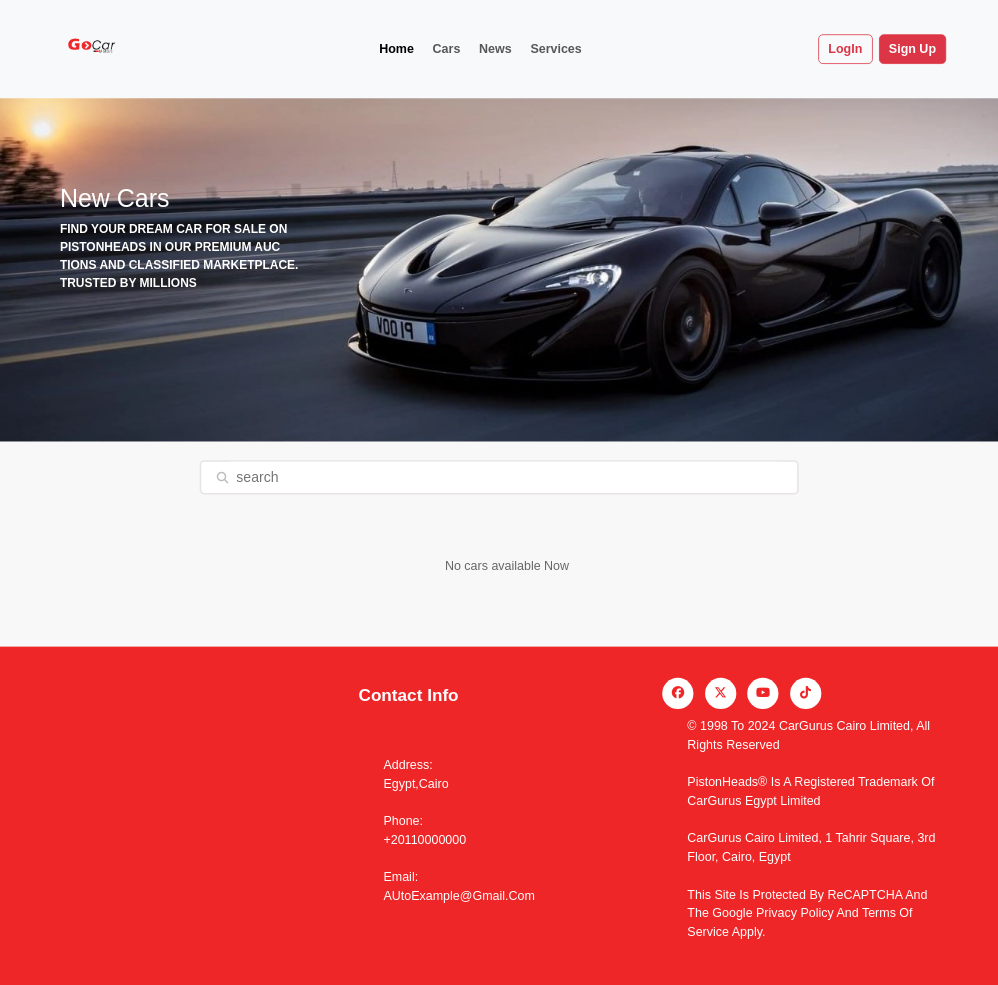
Repository: Salah-Wael/cars
Page: http://localhost/cars
An editor plug-in stored every save of this project. The page is shown before and after the next save, followed by the edit.
The browser window is 1280 px wide. The pictures show the whole page, at 78% of full size.
Some web fonts or font styles are not loaded; a fallback is used. Some web libraries are served in a nearby version. The page is served by the project's Laravel application, run on PHP 8.4 with Laravel 10. Other server files are loaded and not shown. Queries for data that is not in the repository find no rows.

Above is the page before, as saved 2024-10-14 03:11:43.

### routes/web.php
<?php

use Illuminate\Support\Facades\Route;
use App\Http\Controllers\CarController;
use App\Http\Controllers\TagController;
use App\Http\Controllers\NewsController;
use App\Http\Controllers\ProfileController;
use App\Http\Controllers\CarImagesController;

/*
|--------------------------------------------------------------------------
| Web Routes
|--------------------------------------------------------------------------
|
| Here is where you can register web routes for your application. These
| routes are loaded by the RouteServiceProvider and all of them will
| be assigned to the "web" middleware group. Make something great!
|
*/

Route::get('/', function () {
    return view('dashboard');
})->name('dashboard');

Route::middleware('auth')->group(function () {
    Route::get('/profile', [ProfileController::class, 'edit'])->name('profile.edit');
    Route::patch('/profile', [ProfileController::class, 'update'])->name('profile.update');
    Route::delete('/profile', [ProfileController::class, 'destroy'])->name('profile.destroy');
});

require __DIR__.'/auth.php';

Route::view('/error-404','error.404')->name('error.404');
Route::view('/error-401','error.401')->name('error.401');

Route::view('/services', 'services')->name('services');

Route::prefix('news')->controller(NewsController::class)->group(function () {
    Route::get('/create', 'create')->name('news.create')->middleware('checkrole:admin');
    Route::post('/store', 'store')->name('news.store')->middleware('checkrole:admin');
    Route::get('/{newsId}', 'show')->name('news.show');
    Route::get('/{search?}', 'index')->name('news.index')->middleware('checkrole:admin,user');
    Route::get('/{newsId}/edit', 'edit')->name('news.edit')->middleware('checkrole:admin');
    Route::put('/{newsId}', 'update')->name('news.update')->middleware('checkrole:admin');
    Route::delete('/news/{newsId}/delete', 'delete')->name('news.delete')->middleware('checkrole:admin');
});

Route::controller(CarController::class)->group(function () {
    Route::get('/car/create', 'create')->name('car.create')->middleware('checkrole:admin,user');
    Route::get('/cars', 'index')->name('car.index');
    Route::get('/cars/requests', 'carsRequests')->name('car.table')->middleware('checkrole:admin');

    Route::post('/car/store', 'store')->name('car.store')->middleware('checkrole:admin,user');
    Route::get('/car/{id}', 'show')->name('car.show');
    Route::get('/car/{id}/edit', 'edit')->name('car.edit')->middleware('checkrole:admin,user');
    Route::put('/car/{id}', 'update')->name('car.update')->middleware('checkrole:admin,user');

    Route::get('/car/{id}/archive', 'softDelete')->name('car.soft-delete')->middleware('checkrole:admin');
    Route::delete('/car/{id}/delete', 'forceDelete')->name('car.force-delete')->middleware('checkrole:admin,user');
    Route::get('/car/restore/{id}', 'restore')->name('car.restore')->middleware('checkrole:admin');
    Route::get('/cars/archived', 'getAllArchivedCars')->name('car.archived')->middleware('checkrole:admin');
});

Route::prefix('tags')->controller(TagController::class)->middleware('checkrole:admin')->group(function () {
    Route::get('/create', 'create')->name('tag.create');
    Route::post('/store', 'store')->name('tag.store');
    Route::get('/', 'index')->name('tag.index');
    Route::get('/{tag}/edit', 'edit')->name('tag.edit');
    Route::put('/{tagId}', 'update')->name('tag.update');
    Route::delete('/{tagId}/delete', 'delete')->name('tag.delete');
});

Route::controller(CarImagesController::class)->prefix('/car')->name('car.')->group(function () {
    Route::get('/{carId}/images', 'showCarImages')->name('show.images')->middleware('checkrole:admin,user');
    Route::post('/{carId}/store/images', 'storeImages')->name('store.images')->middleware('checkrole:admin,user');
    Route::delete('/image/{imageId}/delete', 'deleteImage')->name('delete.image')->middleware('checkrole:admin,user');
});

### app/Http/Controllers/CarController.php
<?php

namespace App\Http\Controllers;

use App\Models\Car;
use App\Models\CarColor;
use App\Models\CarManufacturer;
use Illuminate\Http\Request;
use Illuminate\Support\Facades\DB;
use Illuminate\Support\Facades\Auth;
use App\Http\Controllers\ImageController;

class CarController extends Controller
{
    public $carStatus = ['used', 'new', 'semi new'];

    public function create()
    {
        $carColors = CarColor::select('color_name as color')->get();
        $carTypes = CarManufacturer::select('manufacturer as type')->get();
        $carStatus = $this->carStatus;
        return view('car.create', compact('carColors', 'carTypes', 'carStatus'));
    }

    public function store(Request $request)
    {
        $request->validate(
            [
                'type' => 'required|string|max:255',
                'car_model' => 'required|string|max:255',
                'color' => 'required|string|max:255',
                'plate' => 'nullable|string|min:5|max:10|unique:cars,plate',
                'status' => 'required|string|in:used,new,semi new',
                'description' => 'nullable|string',
                'price' => 'required|numeric',
                'image.*' => 'required|image|mimes:jpeg,jpg,png,webp,svg|max:5048',
            ],
            #errors
            [
                'image.image' => "The file field must be an image.",
                'image.mimes' => "The file field must be an image with extension jpeg, jpg, png, webp, or svg.",
            ]
        );

        $imagesArray = ImageController::storeImages($request, 'image', 'assets/img/cars/');

        // Store the image and retrieve the path
        // $carImagePath = ImageController::storeImage($request, 'image', 'assets/img/cars/');

        // Create a new Car record using mass assignment
        $car = Car::create([
            'type' => $request->type,
            'description' => $request->description,
            'car_model' => $request->car_model,
            'color' => $request->color,
            'plate' => $request->plate,
            'status' => $request->status,
            'price' => $request->price,
            'user_id' => Auth::user()->id,
            'image' => $imagesArray[0],
        ]);

        if (Auth::user()->role == 'admin') {
            $car->update([
                'post_status' => 1,
            ]);
        }

        $car->images()->sync($imagesArray);


        return redirect()->route('car.index')->with(['message' => 'Car added successfully']);
    }

    public function show($carId)
    {

        $carImages = DB::table('car_images')->where('car_id', $carId)->get();

        $car = Car::findOr($carId, function () {
            return view('error.404')->with(['message' => 'Car ID not found']);
        });

        $priceRangePercentage = 0.20;
        $minPrice = $car->price * (1 - $priceRangePercentage);
        $maxPrice = $car->price * (1 + $priceRangePercentage);

        $related = Car::where('id', '!=', $carId)
            ->whereBetween('price', [$minPrice, $maxPrice])
            ->orderBy('price', 'desc')
            ->get();

        // $qrCode = QrCode::size(300)->generate('https://sala7.great-site.net/product/' . $carId);

        // return view('car.show', compact('car', 'related', 'carImages', 'qrCode'));
        return view('car.show', compact('car', 'related', 'carImages'));
    }

    public function index()
    {
        $cars = Car::where('post_status', '=', 1)
        // ->with('images')
        ->orderby('created_at', 'desc')
        ->get();

        return view('car.index', compact('cars'));
    }
    public function carsRequests()
    {
        $cars = Car::where('post_status', '=', 0)->with('images')->get();

        return view('car.cars-table', compact('cars'));
    }

    public function edit($id)
    {
        $car = Car::find($id);
        if ($car) {
            return view('car.edit', compact('car'));
        }

        // Return custom 404 view if cars is not found
        return view('error.404')->with(['message' => 'Car ID not found']);
    }

    public function update(Request $request, $id)
    {
        $request->validate(
            [
                'type' => 'required|string|max:255',
                'description' => 'string',
                'price' => 'required|numeric',
                'image' => 'image|mimes:jpeg,jpg,png,webp,svg|max:5048',
                'car_model' => 'string|max:255',
                'color' => 'required|string|max:255',
                'plate' => 'required|string|min:5|max:10',
                'status' => 'required|string|min:5|max:10',
            ],
            #errors
            [
                'image.image' => "The file field must be an image.",
                'image.mimes' => "The file field must be an image with extension jpeg, jpg, png, webp, or svg.",
            ]
        );

        $car = Car::find($id);
        if ($car) {

            $car->type = $request->type;
            $car->description = $request->description;
            $car->status = $request->status;
            $car->car_model = $request->car_model;
            $car->price = $request->price;
            $car->color = $request->color;
            $car->plate = $request->plate;

            if ($request->hasFile('image')) {
                ImageController::deleteImage($request->image, 'assets/img/cars/');
                $car->image = ImageController::storeImage($request, 'image', 'assets/img/cars/');
            }

            $car->updated_at = now();

            $car->save();

            return redirect()->route('car.index')->with(['message' => 'Car updated successfully']);
        }
    }

    public function softDelete($id)
    {
        Car::find($id)->delete();
        return redirect()->route('car.index')->with(['message' => 'Car post deleted successfully']);
    }

    public function forceDelete($id)
    {
        $car = Car::withTrashed()->find($id);
        if ($car) {
            ImageController::deleteImage($car->image, 'assets/img/cars/');
            $car->forceDelete();
            return redirect()->back()->with(['message' => 'Car Post deleted successfully']);
        }

        // Return custom 404 view if product is not found
        return view('error.404')->with(['message' => 'Car ID not found']);
    }

    public function restore($id)
    {
        $car = Car::onlyTrashed()->find($id)->restore();
        return redirect()->back()->with(['message' => 'Car post restored successfully']);
    }

    public function getAllArchivedCars()
    {
        // $cars = Car::onlyTrashed()->with('images')->get();
        $cars = Car::onlyTrashed()->get();
        return view('car.archived', compact('cars'));
    }

}

### app/Models/Car.php
<?php

namespace App\Models;

use App\Models\CarImage;
use Illuminate\Database\Eloquent\Model;
use Illuminate\Database\Eloquent\SoftDeletes;
use Illuminate\Database\Eloquent\Factories\HasFactory;

class Car extends Model
{
    use HasFactory, SoftDeletes;

    protected $guarded = [
        'id'
    ];

    public function images()
    {
        return $this->hasMany(CarImage::class, 'car_id', 'id');
    }
}

### resources/views/car/index.blade.php
@extends('layouts.app')

@section('title')
    Cars
@endsection

@section('css')
    <link rel="stylesheet" href="{{ asset('assets/css/car/index.css') }}">
@endsection

@section('content')
    <div class="banner_New">
        <img src="{{ asset('assets/img/cars/photo_2024-10-06_13-01-20.jpg') }}">

        <div class="banner_text">
            <h2>
                New Cars
            </h2>

            <p> Find your dream car for sale on
                <br>PistonHeads in our premium auc <br> tions and classified marketplace.<br>
                Trusted by millions
            </p>
        </div>
    </div>
    <br>
    <div class="search-bar">
        <i class="fa fa-search"></i>
        <input type="text" id="search-input" placeholder="search">
    </div>

    <!--Cards -->
    <div class="card-container">
        @forelse($cars as $car)
            <div class="card">
                <img src="{{ asset('assets/img/cars/'.$car->image) }}" alt="Car Image">
                @if (auth()->check() && auth()->user()->role == 'admin')
                    <a href="{{ route('car.soft-delete', $car->id) }}">
                        <i class="fa-solid fa-eye toggle-icon"></i>
                    </a>
                @endif
                <div class="card-contant">
                    <h2>{{ $car->car_model }}</h2>
                    <p>
                        <strong>Type:</strong> {{ $car->type }} <br>
                        <strong>Color:</strong> {{ $car->color }}<br>
                        @if($car->plate)
                            <strong>Plate Number:</strong> {{ $car->plate }}<br>
                        @endif
                        <strong>Price:</strong> EGP {{ number_format($car->price, 2) }}<br>
                        @if($car->description)
                            <strong>Description:</strong> {{ $car->description }}<br>
                        @endif
                    </p>
                    <h3>EGP {{ number_format($car->price, 2) }} <span>{{ ucfirst($car->status) }}</span></h3>

                    <p><strong>Last Updated:</strong> {{ $car->updated_at->format('d M Y') }}</p>

                    <a href="{{ route('car.show', $car->id) }}" class="card-button">Buy now</a>
                    <br>
                </div>
            </div>
        @empty
            <p>No cars available Now</p>
        @endforelse
    </div>
@endsection

### public/assets/css/app.css
*{
    padding: 0;
    margin: 0;
    box-sizing: border-box;
    font-family: "Bai Jamjuree", sans-serif;

}

body{
    background-color: #f8f8f8;
    line-height: 1.5;
}

.nav-item.dropdown:hover .dropdown-menu {
    display: block;
}

.nav-logo{
    width: 100px;
    height: auto;
    border-radius: 50%;
    object-fit: cover;

}

.who_us {

    background: #1C1C1C;

}
.who_us .row {
    justify-content: space-between;
    align-items: center;
}
.who_us .container {
    padding:100px;
}
.high {
    text-align: justify;
    margin-right: 30px;
    flex:1;
}


.high_text_lg {
    font-family: Bai Jamjuree;
    font-size: 48px;
    color:  #EE2628;
}
.high_img {
    width: 100%;
    border-radius: 50px;
}
.high_lorem {

    font-size: 20px;
    color: #ffffff;
}
.high_btn {
height: 68px;
color: #ffffff;
text-align: center;
background-color:#EE2628;
width: 100%;
border-radius: 10px;
border: none;
font-size: 24px;

}
.car_content {
    text-align: center;
    height: 350px;
    /*Sameheightforall*/overflow: hidden;
    width: 100%;
    position: relative;
    transform-style: preserve-3d;
    /*Allows3Dtransformationsforchildelements*/transition: transform 0.6s ease;
    /*Smoothtransitionfortherotation*/transform-style: preserve-3d;
    /*Allows3Dtransformationsforchildelements*/transition: transform 0.6s ease, box-shadow 0.6s ease;
     /* Smooth transition for the rotation and shadow */  :;
    -webkit-transition: transform 0.6s ease;
    -moz-transition: transform 0.6s ease;
    -ms-transition: transform 0.6s ease;
    -o-transition: transform 0.6s ease;
}

  .car_content img {
    width: 100%;
    height: 100%; /* Ensures all images maintain the same height */
    object-fit: cover;
    display: block;
    border-radius: 5px;

  }

  .overlay_text {
    position: absolute;
    bottom: 10%;
    left: 50%;
    transform: translateX(-50%);
    color: white;
    font-size: 24px;
    font-weight: bold;
    text-shadow: 2px 2px 5px rgba(0, 0, 0, 0.7);
  }

  .car_img {
    perspective: 1000px; /* Adds depth for the 3D effect */
}

  /* For alternating heights */
  .car_img:nth-child(odd) {
    margin-top: 0; /* No margin for odd images (higher) */
  }

  .car_img:nth-child(even) {
    margin-top: 30px; /* Lower even images by adding top margin */
  }

  .car_img:hover .car_content {
    transform: rotateY(360deg);
    /*Rotatetheimage180degreesonhover*/:;
    -webkit-transform: rotateY(360deg);
    -moz-transform: rotateY(360deg);
    -ms-transform: rotateY(360deg);
    -o-transform: rotateY(360deg);

    box-shadow: 0 10px 30px rgba(255, 0, 0, 0.7); /* Add a red shadow effect */
}

.car_img:hover .overlay_text {
    opacity: 2; /* Shows the text on hover */
}

h2 a{
    text-decoration: none;
    color: inherit;
}

  .new_car {
    padding: 20px 0;
  }

  .car_card {
    background-color: white;
    border-radius: 10px;
    box-shadow: 0px 4px 8px rgba(0, 0, 0, 0.1);
    overflow: hidden;
    transition: transform 0.3s ease;
  }

  .car_card:hover {
    transform: scale(1.05);
  }

  .car_card img {
    width: 100%;
    height: 200px;
    object-fit: cover;
    border-bottom: 1px solid #ddd;
  }

  .car_details {
    padding: 15px;
  }

  .car_details h4 {
    font-size: 18px;
    margin-bottom: 10px;
  }

  .car_details p {
    font-size: 14px;
    margin-bottom: 5px;
    color: #555;
  }

  .car_status {
    font-size: 16px;
    font-weight: bold;
    color: #000;
    text-align: right;
    margin-top: 10px;
  }
  .border{
    width: 250px;
    height: 5px;
    background-color: #EE2628;
    text-align: center;
    margin: auto;
  }

  .border1{
    width: 400px;
    height: 5px;
    background-color: #EE2628;
  }

  .testimonial-card {
    background-color: #ffffff;
    border-radius: 10px;
    box-shadow: 0 4px 6px rgba(0, 0, 0, 0.1);
    padding: 20px;
    margin: 20px;
    max-width: 300px;
}

.testimonial-icon {
    font-size: 24px;
    color: #007bff;
}

.testimonial-title {
    font-weight: bold;
    margin-top: 10px;
}

.testimonial-text {
    font-size: 14px;
    margin-top: 10px;
}

.testimonial-date {
    font-size: 12px;
    color: #888;
    margin-top: 10px;
}

/*Footer Page*/

.container{
    max-width: 1170px;
    margin: auto;
}
.row{
    display: flex;
    flex-wrap: wrap;
}
ul{
    list-style: none;
}
.footer{
    background-color: #EE2628;
    padding: 7px o;
    padding-top: 40px;
    padding-bottom: 40px;
}
.footer-col{
    width: 33.3%;
    padding: 0 15px;
}

.footer-col h3{
    font-size:22px ;
    color: white;
    text-transform: capitalize;
    margin-bottom: 30px;
    position: relative;
    font-weight: bold;
    padding: 10px;
    padding-left: 0;
}


.footer-col ul li :not(:last-child){
    margin-bottom: 10px;
}
.footer-col ul li a{ font-size: 16px;
    text-transform: capitalize;
    color: white;
    text-decoration: none;
    font-weight: 300;
    display: block;
}

.footer-col .social-links a{
    display: inline-block;height: 40px;width: 40px;
    background-color: #ffffff;
    margin: 0 10px 10px 0;
    text-align: center;
    line-height: 40px;
    border-radius: 50%;
    color:  #EE2628;
    transition: all 0.5% ease;
}

.footer-col .social-links a:hover{
    color:#c0bcbc ;
    background-color: #ffffff;
}

@media(max-width:776px){
    .footer-col{
        width: 50%;
        margin-bottom: 30px;
    }
}

@media(max-width:574px){
    .footer-col{
        width: 100%;
        margin-bottom: 30px;
    }
}

### public/assets/css/car/index.css

/* New Page */
*{
    padding: 0;
    margin: 0;
    box-sizing: border-box;

}
body{
    background-color: #f8f8f8;
    line-height: 1.5;
}

.banner_New{ position: relative;width: 100%; height: auto;}

.banner_New img{
    width: 100%;
}

.banner_text{
    position: absolute;
    top: 25%;
    padding-left: 6vw;
    color: #fff;
}
.banner_text h1{
    font-size: 5.2vw;
    text-transform: uppercase;
    font-weight: bold;
    margin-bottom: 15px;
}
.banner_text p{
    font-size: 1.2vw;
    text-transform: uppercase;
    font-weight: bold;
    margin-bottom: 6px;
}
/*
@media (max-width: 1920px)
    { h1{
    font-size : 8rem ;}
    p{font-size: 6rem;} }

@media (max-width: 1200px)
    { h1{
    font-size : 6rem ;}
    p{font-size: 4rem;} }

@media (max-width: 800px)
    { h1{
    font-size : 4rem ;}
    p{font-size: 2rem;} }

@media (max-width:
600px){ h1{
    font-size : 2rem ;}

    p{font-size: 1rem;} } */

.search-bar{
    width: 60%;
    height: 18px;
    background-color: white;
    border-radius: 6px;
    display: flex;
    align-items: center;
    border: 2px solid #e8e4e4; padding: 8px;
    padding: 20px;
    margin-left: 20%;
}

.search-bar > i {
    font-size: 15px;
    color:#c0bcbc ;
}

.search-bar > input{
    flex:1;
    height: 40px;
    border: none;
    outline: none;
    font-size: 18px;
    padding-left: 10px;

}




/*Cards*/

.card-container{
    display: flex;
    justify-content: center;
    flex-wrap: wrap;
    gap: 25px;
    margin-top: 80px;
    padding:75px;
    padding-top: 0px;
}
.card{
    width: 325px;
    background-color:#f4f4f4 ;
    border-radius: 10px;
    box-shadow: 0px 2px 4px rgb(0, 0, 0,0.3);
    overflow: hidden;
    transition: transform 0.6s ease ;


}
.card:hover{
    transform: translate(-20px);
}

.card img{
    width: 100%;
    height: auto;
    object-fit: cover;
}

.card-content{
    padding:20px;
}

.card-container h1{
    font-size:14px ;
    margin-bottom: 5px;
    font-weight: bold;
    padding-left: 20px;
}
.card-container h3{
    font-size:18px ;
    margin-bottom: 5px;
    border: 2px 5px  solid #000000; padding: 8px;
    padding-left: 20px;
}
.card-container h3 span{
    font-size:26px ;
    margin-bottom: 5px;
    padding-left: 90px;

}
.card-container p{
    font-size:16px ;
    color: #666;
    padding-left: 20px;

}

.card-button{
    display: inline-block;
    background-color:#7c7b7b ;
    color: #e8e4e4;
    text-decoration: none;
    border-radius: 5px;
    padding: 6px 60px;
    margin-left: 22%;
}

/* Default icon class */
.toggle-icon {
    font-size: 24px;
    transition: all 0.3s ease;
}

/* On hover, change to the fa-eye icon */
.toggle-icon:hover::before {
    content: "\f070"; /* Unicode for fa-eye */
    font-family: "Font Awesome 6 Free"; /* Ensure you're using Font Awesome 6 */
    font-weight: 900; /* Make sure the font is bold */
}

Loaded but not shown: routes/auth.php (common file); app/Http/Controllers/Auth/EmailVerificationPromptController.php (common file); app/Http/Controllers/Controller.php (common file); app/Http/Controllers/Auth/VerifyEmailController.php (common file); resources/views/layouts/app.blade.php (362 lines, source omitted)

After the next save:
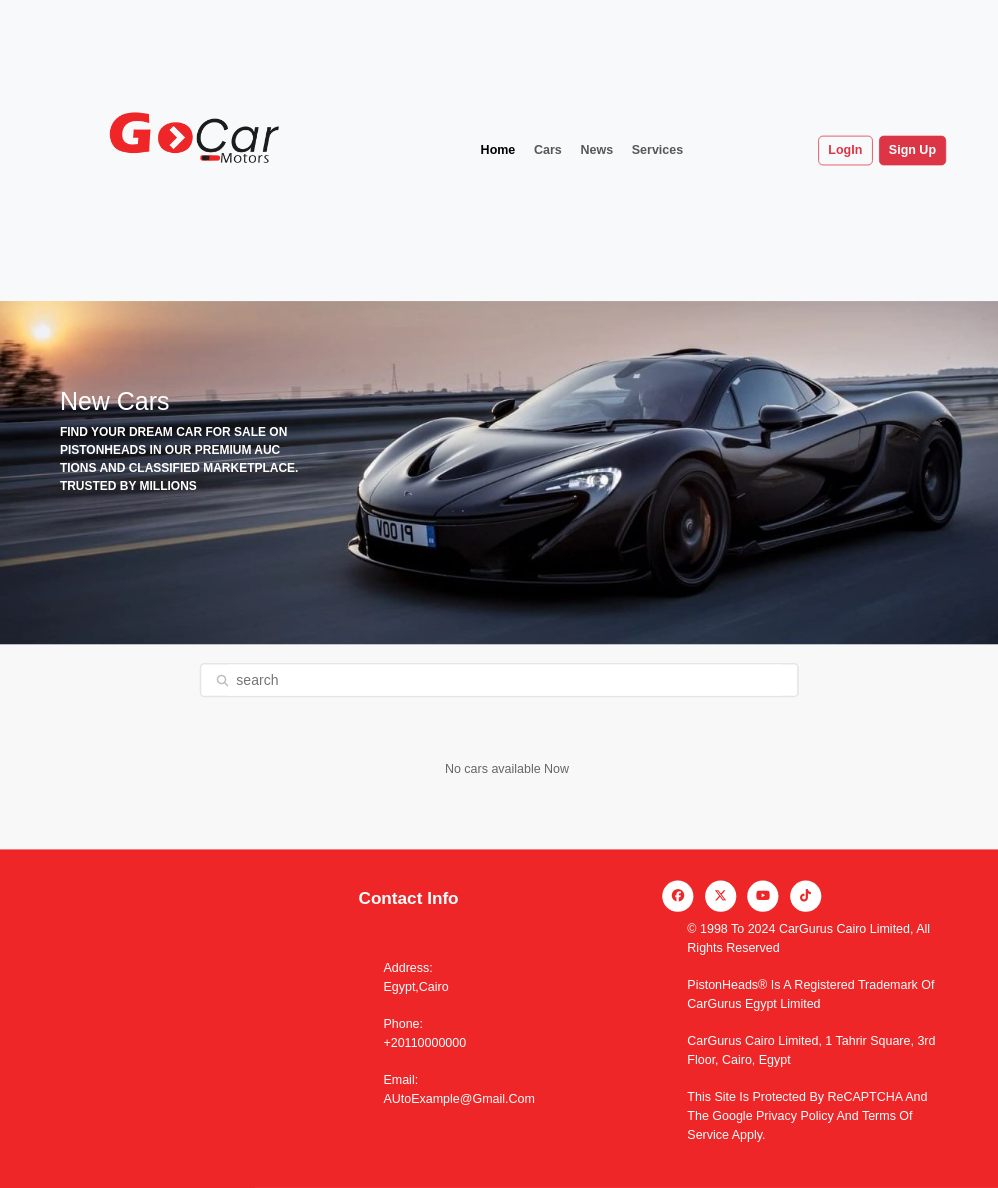
Saved 20 s later.
--- a/public/assets/css/app.css
+++ b/public/assets/css/app.css
@@ -16,7 +16,7 @@
 }
 
 .nav-logo{
-    width: 100px;
+    width: 360px;
     height: auto;
     border-radius: 50%;
     object-fit: cover;
